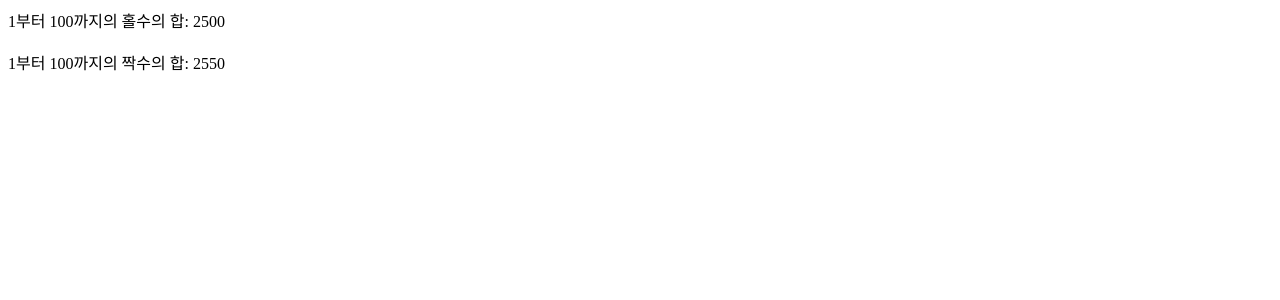
Repository: Mildous/HKIT-BackendClass
Page: http://localhost/jspExam/Q1.jsp
These files come from the project's save history. The page is drawn as it stood at one moment and after the next save; the edit follows.
The browser window is 1280 px wide. The pictures show the whole page.
The page is served by Tomcat 9.

Above is the page before, as saved 2022-08-25 05:56:46.

After the next save:
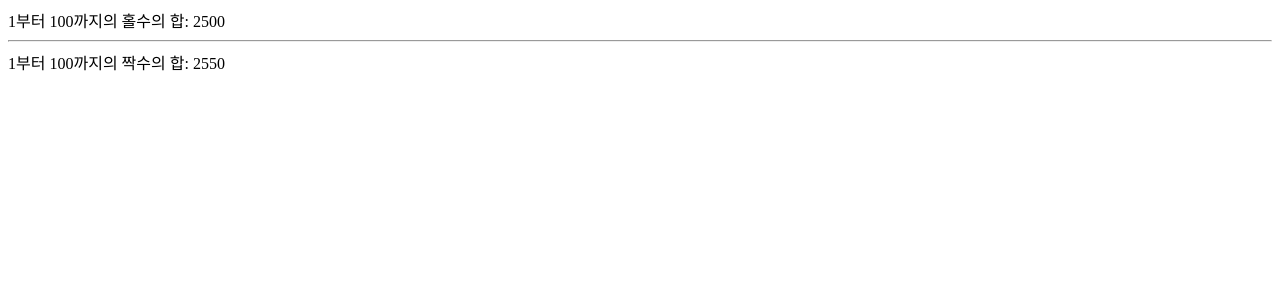
Saved 5 s later.
--- a/workspace/jsp/jspExam/WebContent/Q1.jsp
+++ b/workspace/jsp/jspExam/WebContent/Q1.jsp
@@ -12,6 +12,6 @@
 		}
 	}
 
-	out.println("1부터 100까지의 홀수의 합: " + odd + "<br><br>");
+	out.println("1부터 100까지의 홀수의 합: " + odd + "<br><hr>");
 	out.println("1부터 100까지의 짝수의 합: " + even );
 %>
